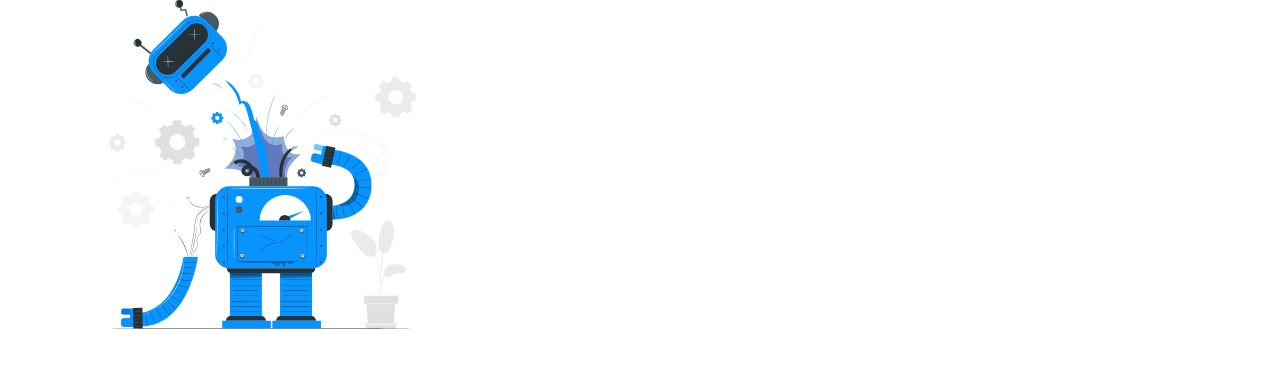
Repository: FabioMadrid/atlas_code
Page: 404.html
The author's editor kept a copy of each file at every save. The page is drawn from the files as they stood at one save, then again after the next save.
The browser window is 1280 px wide. The pictures show the whole page.
Some web fonts or font styles are not loaded; a fallback is used. Some web libraries are served in a nearby version.

Above is the page before, as saved 2021-01-13 12:17:13.

### 404.html
<!DOCTYPE html>
<html lang="en">
<head>
    <meta charset="UTF-8">
    <meta name="viewport" content="width=device-width, initial-scale=1.0">
    <link rel="stylesheet" href="https://cdnjs.cloudflare.com/ajax/libs/font-awesome/4.7.0/css/font-awesome.min.css">
    <script src="https://kit.fontawesome.com/8bf4511c4b.js" crossorigin="anonymous"></script>
    <link rel="stylesheet" href="css/general.css">
    <link rel="stylesheet" href="css/style_lp.css">
    <link rel="stylesheet" href="https://atlas-home-colombia.s3.amazonaws.com/fonts/fonts.css">
    <title>Atlas Home</title>
</head>
<body style="display: flex;align-items: center;vertical-align: middle;">
    <div >
        <img src="/svg/robot_explotando.svg" alt="" >
    </div>
</body>
</html>

### css/style_lp.css

body
{
    margin: 0 8%;
}

/* ---------------------------------------------- INICIO DE MODAL BUSQUEDA DE PROPIEDADES ------------------------------------------------------------*/
.modal
{
    display: none; /* Hidden by default */
    position: fixed; /* Stay in place */
    z-index: +2; /* Sit on top */
    left: 0;
    top: 0;
    width: 100%; /* Full width */
    height: 100%; /* Full height */
    background-color: rgb(0,0,0); /* Fallback color */
    background-color: rgba(0,0,0,0.4); /* Black w/ opacity */
    padding: 40px;
    overflow: hidden;
    animation: fadeEffect 0.5s; /* Fading effect takes 1 second */
    margin: 0;
}

  /* Modal Content */

  .modal-content
{
    background-color: #fefefe;
    margin: auto;
    padding: 20px;
    border: none;
    border-radius: 10px;
    width: 45%;
    z-index: +3;
}
.overflow
{
    max-height: 100%;
    overflow-y: auto !important;
}

  /* The Close Button */
  .close
{
    color: white;
    float: right;
    font-size: 28px;
    text-align: center;
    font-weight: bold;
    border: 2px solid #0894FE;
    background-color: #0894FE;
    border-radius: 50%;
    width: 35px;
    height: 35px;
    position: absolute;
    top: -35px;
    right:-35px;
}

  .close:hover,
  .close:focus {
    background-color: #CC5F54;
    border: none;
    text-decoration: none;
    cursor: pointer;
  }
  .titulo-modal
  {
    text-align: center;
    border-bottom: 2px solid rgba(156, 156, 156, 0.219);
    padding-bottom: 7px;
    margin: 15px 10%;
  }


  /*-------------------------------------------------------------- Clases del SEARCH Modal------------------------------------------- */

  .inmueble-selector
  {
      display: flex;
      justify-content: center;
      flex-direction: row;
      flex-wrap: wrap;
      align-items: center;
  }
    .inmueble-selector input
    {
      margin:0;padding:0;
      -webkit-appearance:none;
      -moz-appearance:none;
      appearance:none;
    }

  .vivienda
  {
      background-image:url(/svg/vivienda-icon-azul.svg);
  }
  .apartamento
  {
      background-image:url(/svg/apartamento-icon-azul.svg);
  }
  .terreno
  {
      background-image:url(/svg/terreno-icon-azul.svg);
  }

  .inmueble-selector input:active + .drinkcard-cc
  {
      opacity:none;
  }
  .inmueble-selector input:checked + .drinkcard-cc
  {
      -webkit-filter: none;
         -moz-filter: none;
              filter: none;
              color:#0048CD;
  }
  .drinkcard-cc
  {
      cursor:pointer;
      background-size:contain;
      background-repeat:no-repeat;
      display:inline-block;
      width:90px;height:80px;
      color: inherit;
      -webkit-transition: all 100ms ease-in;
         -moz-transition: all 100ms ease-in;
              transition: all 100ms ease-in;
              -webkit-filter: brightness(1) grayscale(1) opacity(1);
              -moz-filter: brightness(1) grayscale(1) opacity(1);
                   filter: brightness(1) grayscale(1) opacity(1);
  }
  .drinkcard-cc:hover
  {
      -webkit-filter: none;
         -moz-filter: none;
              filter: none;
              color:#0048CD;
               /* width:93px;height:83px;*/
  }

  /* correciones del search modal */

  .correcion
  {
      left: 16px;
      bottom: -110px;
  }
  .correcion-a
  {
      bottom: -110px;
  }


@media screen and (max-width:880px)
{
    .modal-content
    {
        width: 90%;
    }
    .correcion
    {
    left: 16px;
    bottom: -100px;
    }
    .correcion-a
    {
    bottom: -100px;
    }
    .selects-50
    {
    float: none;
    width: 100%;
    margin: none;
    }
    .selects-50-right
    {
    float: none;
    width: 100%;
    }
    .topright
    {
    right: 7.5%;
    }
    .correcion-icon-credito
    {
        padding-top: 25%;
    }
}
@media screen and (max-width:450px)
{
    .drinkcard-cc
    {
        width: 80px;
        height: 70px;
    }
    .inmueble-selector
    {
        justify-content: space-around;
    }
    .modal-content
    {
        width: 100%;
    }
    .modal
    {
        padding: 0px;
    }
    .modal-content
    {
        border-radius: 0;
    }
    .topright
    {
    right: 7%;
    top: 4%;
    }

}
@media screen and (max-width:365px)
{
    .inmueble-selector
    {
        flex-direction: column;
    }
    .drinkcard-cc
    {
        margin-top: 30px;
    }
    .bottom-text
    {
        bottom: -105px;
    }
}

/* ----------------------------------------------------- titulos, textos y fonts ------------------------------------------------------------------ */
@font-face
{
    font-family: "FormaDJRText";
    src: url(https://atlas-home-colombia.s3.amazonaws.com/fonts/fonts.css);
}
.text
{
    font-family:"Forma DJR Text Edu";
    color: #6F7A88;
}
.title
{
    margin-top: 50px ;
    color:#0894FE;
    font-size:2em;
    font-weight:bold;
    display: block;
}
.subtitles
{
    color:#0894FE;
    font-weight:bold;
    display: block;

}
/* diseño de columnas y layout */
.flex-container
{
    display: flex;
    flex-flow: row wrap;
}
.flex-centrar
{
    justify-content: space-between;
    align-items: center;
}
.row:after
{
    content: "";
    display: table;
    clear: both;
}
.column-left
{
    float: left;
    width: 49.99%;
    padding: 15px;
    height:auto;
    display: block;
}
.column-50
{
    width: 49.99%;
    float: right;
    margin: auto;
}
.column-33
{
    width: 33.33%;
    float: left;
    margin: auto;
}
.clearfix::after
{
    content: "";
    clear: both;
    display: table;
}
.flex-box
{
   display: flex;
   flex-flow: row wrap;
   justify-content: center;
}

/* declaraciones de iconos */

.icon-lp
{
    width: 90%;
    height: auto;
    margin-top: 50px;
    display: block;
    margin: auto;
}
.icon-v
{
    max-height: 400px;
}
.boton-landing
{
    background: white ;
    color:#0894FE;
    border: #0894FE solid 1px;
    padding: 10px 15px;
    border-radius: 5px;
    display: block;
    width: 350px;
    height: 60px;
    margin: 30px auto 30px auto;
    font-size:15px;
    transition: background-color 0.4s;
    outline: none;
}
.triangulo-decor
{
    position: absolute;
    padding-top: 0px;
    width: 20%;
    height: auto;
    vertical-align: middle;
    border-style: none;
    box-sizing: border-box;
    max-width: 100%;
    z-index: -1;
}

/* declaraciones de botones */

.boton-landing:hover
{
    background-color: #2680EB;
    color: white;
    cursor: pointer;
    font-size: 17px;
    box-shadow: 0 12px 16px 0 rgba(0,0,0,0.24), 0 17px 50px 0 rgba(0,0,0,0.19);
}
button:active
{
    background-color: #6eb9f7;
    background-size: 100%;
    transition: background-color 0s;
    border: #0894FE solid 1px;
}

/* testimonios */
.box
{
    box-shadow: 0 4px 8px 0 rgba(0, 0, 0, 0.2), 0 6px 10px 0 rgba(133, 133, 133, 0.19);
    box-shadow: 5px grey;
    display: block;
    background-color: white;
    width: auto;
    text-align: left;
    margin: 20px 0% 20px 0%;
    padding: 10px 20px 40px 20px;
    border-radius: 5px;
}
.img
{
    float: left;
    padding-right: 5px;
    height: 100px;
    width: 100px;
}
.box::after
{
    content: "";
    clear: both;
    display: table;
}
.figcaption
{
    font:"Forma DJR Text Edu" medium 12px;
    color: #0894FE;
    margin-top: 15px;
    text-align: left;
}

/*----------- CSS PARA STEP FORMS ------------*/

/* Styling Parts */
#part1,
#part2,
#part3,
#part4,
#part5 {
  z-index: 2;
  display: block;
  height: auto;
  opacity: 1;
  transition: opacity 1s ease-in-out;
}

/* Hidden Parts */
#part2,
#part3,
#part4,
#part5
 {
  opacity: 0;
  height: 0;
  overflow: hidden;
}

/* Show Step 2 & Hide Step 1 */
#step2:checked ~ #part2
{
  opacity: 1;
  height: auto;
}
#step2:checked ~ #part1
{
  opacity: 0;
  height: 0;
  display: none;
}

/* Show Step 3  & Hide Step 2 */
#step3:checked ~ #part3
{
  opacity: 1;
  height: auto;
}
#step3:checked ~ #part2
{
  opacity: 0;
  width: 0;
  height: 0;
  display: none;
}

/* Show Step 4  & Hide Step 3 */
#step4:checked ~ #part4 {
    opacity: 1;
    height: auto;
  }
  #step4:checked ~ #part3 {
    opacity: 0;
    width: 0;
    height: 0;
    display: none;
  }

/* Show Step 5  & Hide Step 4 */
#step5:checked ~ #part5 {
    opacity: 1;
    height: auto;
  }
#step5:checked ~ #part4 {
    opacity: 0;
    width: 0;
    height: 0;
    display: none;
  }

  input[type=checkbox]
  {

    position: absolute;
    /* Position the checkbox in upper left corner */

    opacity: 0;
  }


/* ----- INICIO DE RESPONSIVE DESIGN------*/

/*diseño para ipads*/

@media only screen and (max-width: 800px)
{
    .caja
    {
        text-align: center;
    }
    .img
     {
        margin: auto;
        float: none;
        display: block;
    }
    .figcaption
    {
        text-align: center;
    }
    .icon-lp
    {
        height: auto;
        display: block;
        margin:auto;
        float: none;
    }
    .row:after
    {
        content: "";
        display: table;
        clear: both;
    }
    .boton-landing
    {
        width: 250px;
        height: 60px;
    }
    .title
    {
        font-size:1.3em;
    }
    .icon-v
    {
        height: 300px;
    }
    .icon-i
    {
        padding-top: 40%;
    }
    .text
    {
        text-align: center;
    }
}

/*diseño para moviles*/

@media only screen and (max-width: 700px)
{
    .column-50
    {
        width: 100%;
        float: none;
        margin: auto;
        overflow: hidden;
        padding: 15px;
        height:auto;
        display: block;
    }
    .column-left
    {
        float: none;
        width: 100%;
        padding: 15px;
        height:auto;
        display: block;
    }
    .boton-landing
    {
        width: 100%;
    }
    .icon-i
    {
        padding-top: 10px;
    }
    .triangulo-decor
    {
        width: 40%;
    }
    .correcion-icon-credito
    {
        padding-top: 0;
    }
}

/* footer */

.footer
{
    height: 250px;
    width: 100%;
    border-top: 5px solid #F2F2F2;
}
.footer-img
{
    background-image: url("/svg/city2.svg");
    background-color: transparent;
    height: 250px;
    background-position: center;
    background-repeat: no-repeat;
    background-size: cover;
}
.footer-logo
{
    display: block;
    width: auto;
    height: 80px;
    padding-top: 10px;
    margin: auto;
}
.fa
{
    display: inline-block;
    width: 50px;
    height: 50px;
    line-height: 50px;
    text-align: center;
    border: 3px;
    background-color: #fff;
    color: #0f4aa2;
    font-size: 30px;
    text-decoration: none;
    margin:0;
}
a
{
    text-decoration: none;
    cursor: pointer;
    color: inherit;
}
li
{
    list-style-type: none;
    display: inline-block;
    border: 1.5px solid  #0f4aa2;
    margin: 5px 7px;
}
.fa:hover {
    opacity: 0.7;
    color: #2680EB;
}
.footer-ul
{
    padding-left: 0;
}

button:active
{
background-color:white;
background-size: 100%;
transition: background-color 0s;
border: none;
outline: none;
}

.b-tipo-cita
{
    color: #6F7A88;
    border-bottom: 1px solid #6F7A88;
    display: block;
    text-align: center;
    width: 45%;
    margin-top: 0;
    cursor: pointer;
    outline: none;
    border-radius: none;
    padding: 10px;

}
.b-tipo-cita:hover+:checked
{
    border-bottom: 3px solid #2680EB;
    color: #2680EB;
}
.b-tipo-cita.active
{
    border-bottom: 3px solid #2680EB;
    color: #2680EB;
}

input[type="radio"]:checked+label {
    border-bottom: 3px solid #2680EB;
    color: #2680EB;
}

Loaded but not shown: css/general.css (885 lines, source omitted)

After the next save:
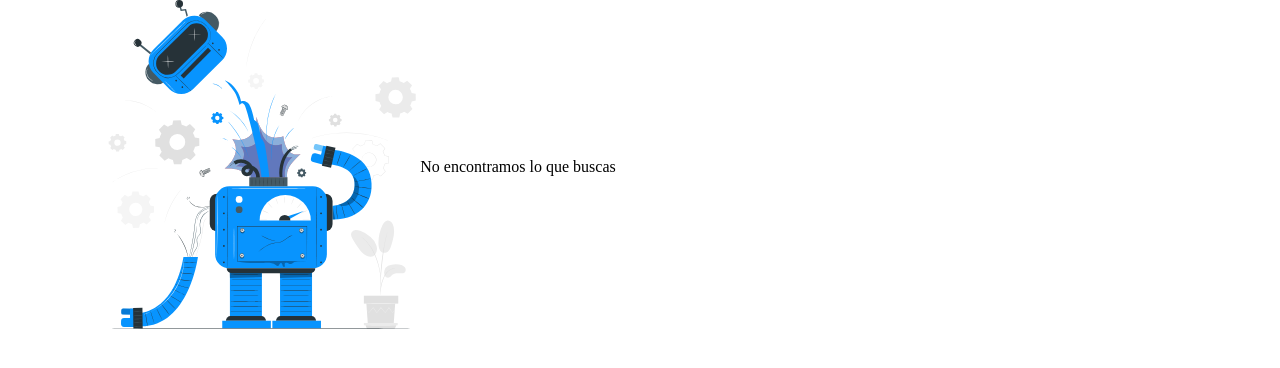
Saved 20 s later.
--- a/404.html
+++ b/404.html
@@ -11,8 +11,14 @@
     <title>Atlas Home</title>
 </head>
 <body style="display: flex;align-items: center;vertical-align: middle;">
+
     <div >
         <img src="/svg/robot_explotando.svg" alt="" >
     </div>
+
+    <div>
+        No encontramos lo que buscas
+    </div>
+
 </body>
 </html>
